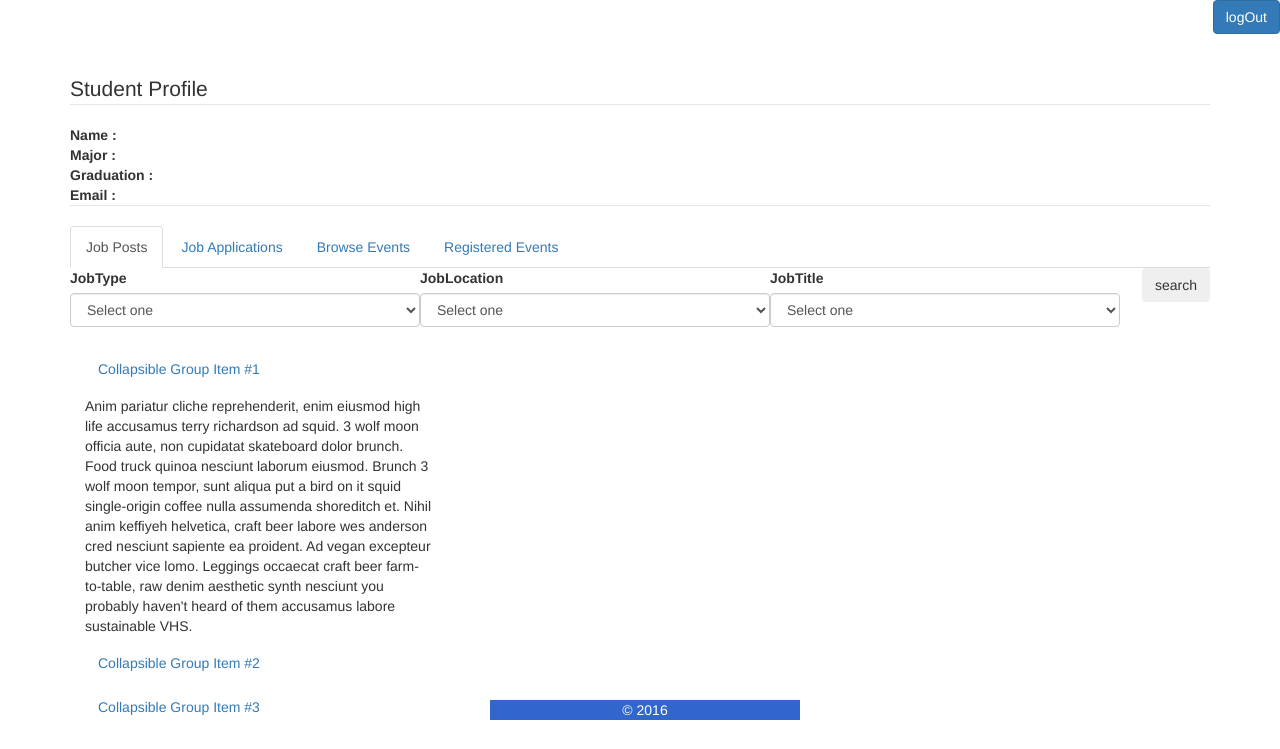
Repository: merlynfrank/AcademicProjects
Page: http://localhost/studenthome
An editor plug-in stored every save of this project. The page is shown before and after the next save, followed by the edit.
The browser window is 1280 px wide. The pictures show the whole page.
The page is this project's Thymeleaf template; nobody is signed in. The template is opened directly, without the code that normally fills it, so the values that code supplies are empty.

Above is the page before, as saved 2018-12-01 05:44:48.

### smith-is-internship/src/main/resources/templates/studenthome.html
<!DOCTYPE html>
<html xmlns:th="http://thymeleaf.org">
<head>
<link th:href="@{/css/bootstrap.min.css}" rel="stylesheet"
	type="text/css"></link>
<link th:href="@{/css/layout.css}" rel="stylesheet" type="text/css"></link>
<script type="text/javascript" th:src="@{/js/jquery-3.1.0.min.js}"></script>
<script type="text/javascript" th:src="@{/js/bootstrap.min.js}"></script>

<meta name="viewport" content="width=device-width, initial-scale=1">
  <link rel="stylesheet" href="https://maxcdn.bootstrapcdn.com/bootstrap/3.3.7/css/bootstrap.min.css">
  <script src="https://ajax.googleapis.com/ajax/libs/jquery/3.3.1/jquery.min.js"></script>
  <script src="https://maxcdn.bootstrapcdn.com/bootstrap/3.3.7/js/bootstrap.min.js"></script>
</head>
<style>
.footer {
	position: absolute;
	right: 37.5%;
	left: 50%;
	bottom: 0px;
	width: 100;
	background: #3366cc;
	color: white;
	text-align: center;
	margin-left: -150px
}

.grid-container {
	display: grid;
	grid-template-columns: 50% 50%;
}

.collapsible {
	backgroound-color: #eee;
	color: #444;
	cursor: pointer;
	padding: 18px;
	width: 100%;
	border: none;
	text-align: left;
	outline: none;
	font-size: 15px;
}

.active, .collapsible:hover {
	backgroound-color: #ccc;
}

.content {
	padding: 0 18px;
	display: none;
	overflow: hidden;
	background-color: #f1f1f1;
}
</style>
<body>
	<!-- LogOut button -->
	<form th:action="@{/login}" th:object="${loginForm}">
		<div align="right">
			<button id="logOut" name="logOut" class="btn btn-primary">logOut</button>
		</div>
	</form>
	<br />
	<br />
	<div class="container">

			<fieldset>

				<!-- Form Name -->
				<legend>Student Profile</legend>
				<table>
					<tr>
						<th>Name :</th>
						<td><span th:text="${fname}"> ${fname} </span><span
							th:text="${lname}">${lname}</span></td>
					</tr>
					<tr>
						<th>Major :</th>
						<td><span th:text="${major}"> ${major} </span></td>
					</tr>
					<tr>
						<th>Graduation :</th>
						<td><span th:text="${graduation}"> ${graduation} </span></td>
					</tr>
					<tr>
						<th>Email :</th>
						<td><span th:text="${email}"> ${email} </span></td>
					</tr>
				</table>

			</fieldset>


		<script type="text/javascript" th:src="@{/js/jquery-3.1.0.min.js}"></script>
		<script type="text/javascript" th:src="@{/js/bootstrap.min.js}"></script>
	</div>

	<!-- Table for Search jobs and Applied jobs -->
	<div class="container">
		<legend></legend>
	</div>

	<div id="exTab2" class="container">
		<ul class="nav nav-tabs">
			<li class="active"><a href="#1" data-toggle="tab">Job Posts</a>
			</li>
			<li><a href="#2" data-toggle="tab">Job Applications</a></li>
			<li><a href="#3" data-toggle="tab">Browse Events</a></li>
			<li><a href="#4" data-toggle="tab">Registered Events</a></li>
		</ul>

		<div class="tab-content ">
			<div class="tab-pane active" id="1">
				<form class="form-horizontal" th:action="@{/jobsearch}"
			th:object="${jobSearchForm}" method="post">
					<div class="form-group col-md-4">
						<label for="jobType">JobType</label> <select id="jobType"
							class="form-control">
							<option selected="selected">Select one</option>
							<option>Analyst</option>
						</select>
					</div>
					<div class="form-group col-md-4">
						<label for="jobType">JobLocation</label> <select id="joblocation"
							class="form-control">
							<option selected="selected">Select one</option>
							<option>Maryland</option>
							<option>DC</option>
						</select>
					</div>
					<div class="form-group col-md-4">
						<label for="jobType">JobTitle</label> <select id="jobTitle"
							class="form-control">
							<option selected="selected">Select one</option>
							<option>Data Analyst</option>
							<option>Business Analyst</option>
						</select>
					</div>
					<div align="right">
						<button id="search" name="search" class="btn">search</button>
					</div>
				</form>
				<div class="form-group col-md-4">

				<!-- <div th:each="job : ${jobs}">
    <span th:text="${job.jobTitle}"></span>
</div> -->

<div id="accordion">
  <div class="card">
    <div class="card-header" id="headingOne">
      <h5 class="mb-0">
        <button class="btn btn-link" data-toggle="collapse" data-target="#collapseOne" aria-expanded="true" aria-controls="collapseOne">
          Collapsible Group Item #1
        </button>
      </h5>
    </div>

    <div id="collapseOne" class="collapse show" aria-labelledby="headingOne" data-parent="#accordion">
      <div class="card-body">
        Anim pariatur cliche reprehenderit, enim eiusmod high life accusamus terry richardson ad squid. 3 wolf moon officia aute, non cupidatat skateboard dolor brunch. Food truck quinoa nesciunt laborum eiusmod. Brunch 3 wolf moon tempor, sunt aliqua put a bird on it squid single-origin coffee nulla assumenda shoreditch et. Nihil anim keffiyeh helvetica, craft beer labore wes anderson cred nesciunt sapiente ea proident. Ad vegan excepteur butcher vice lomo. Leggings occaecat craft beer farm-to-table, raw denim aesthetic synth nesciunt you probably haven't heard of them accusamus labore sustainable VHS.
      </div>
    </div>
  </div>
  <div class="card">
    <div class="card-header" id="headingTwo">
      <h5 class="mb-0">
        <button class="btn btn-link collapsed" data-toggle="collapse" data-target="#collapseTwo" aria-expanded="false" aria-controls="collapseTwo">
          Collapsible Group Item #2
        </button>
      </h5>
    </div>
    <div id="collapseTwo" class="collapse" aria-labelledby="headingTwo" data-parent="#accordion">
      <div class="card-body">
        Anim pariatur cliche reprehenderit, enim eiusmod high life accusamus terry richardson ad squid. 3 wolf moon officia aute, non cupidatat skateboard dolor brunch. Food truck quinoa nesciunt laborum eiusmod. Brunch 3 wolf moon tempor, sunt aliqua put a bird on it squid single-origin coffee nulla assumenda shoreditch et. Nihil anim keffiyeh helvetica, craft beer labore wes anderson cred nesciunt sapiente ea proident. Ad vegan excepteur butcher vice lomo. Leggings occaecat craft beer farm-to-table, raw denim aesthetic synth nesciunt you probably haven't heard of them accusamus labore sustainable VHS.
      </div>
    </div>
  </div>
  <div class="card">
    <div class="card-header" id="headingThree">
      <h5 class="mb-0">
        <button class="btn btn-link collapsed" data-toggle="collapse" data-target="#collapseThree" aria-expanded="false" aria-controls="collapseThree">
          Collapsible Group Item #3
        </button>
      </h5>
    </div>
    <div id="collapseThree" class="collapse" aria-labelledby="headingThree" data-parent="#accordion">
      <div class="card-body">
        Anim pariatur cliche reprehenderit, enim eiusmod high life accusamus terry richardson ad squid. 3 wolf moon officia aute, non cupidatat skateboard dolor brunch. Food truck quinoa nesciunt laborum eiusmod. Brunch 3 wolf moon tempor, sunt aliqua put a bird on it squid single-origin coffee nulla assumenda shoreditch et. Nihil anim keffiyeh helvetica, craft beer labore wes anderson cred nesciunt sapiente ea proident. Ad vegan excepteur butcher vice lomo. Leggings occaecat craft beer farm-to-table, raw denim aesthetic synth nesciunt you probably haven't heard of them accusamus labore sustainable VHS.
      </div>
    </div>
  </div>
</div>



				</div>

			</div>
			<div class="tab-pane" id="2">
				<h3>Notice the gap between the content and tab after applying a
					background color</h3>
			</div>
			<div class="tab-pane" id="3">
				<h3>add clearfix to tab-content (see the css)</h3>
			</div>
			<div class="tab-pane" id="4">
				<h3>add clearfix to tab-content (see the css)</h3>
			</div>
		</div>
	</div>


</body>
<div class="footer">&copy; 2016</div>

</html>

### smith-is-internship/src/main/resources/static/css/layout.css
.container {
    width: 600px;
    margin: auto;
}
.remember-me {
    text-align: center;
}
.btn-login {
    width: 100%;
}

Loaded but not shown: smith-is-internship/src/main/resources/static/css/bootstrap.min.css (library); smith-is-internship/src/main/resources/static/js/jquery-3.1.0.min.js (library); smith-is-internship/src/main/resources/static/js/bootstrap.min.js (library)

After the next save:
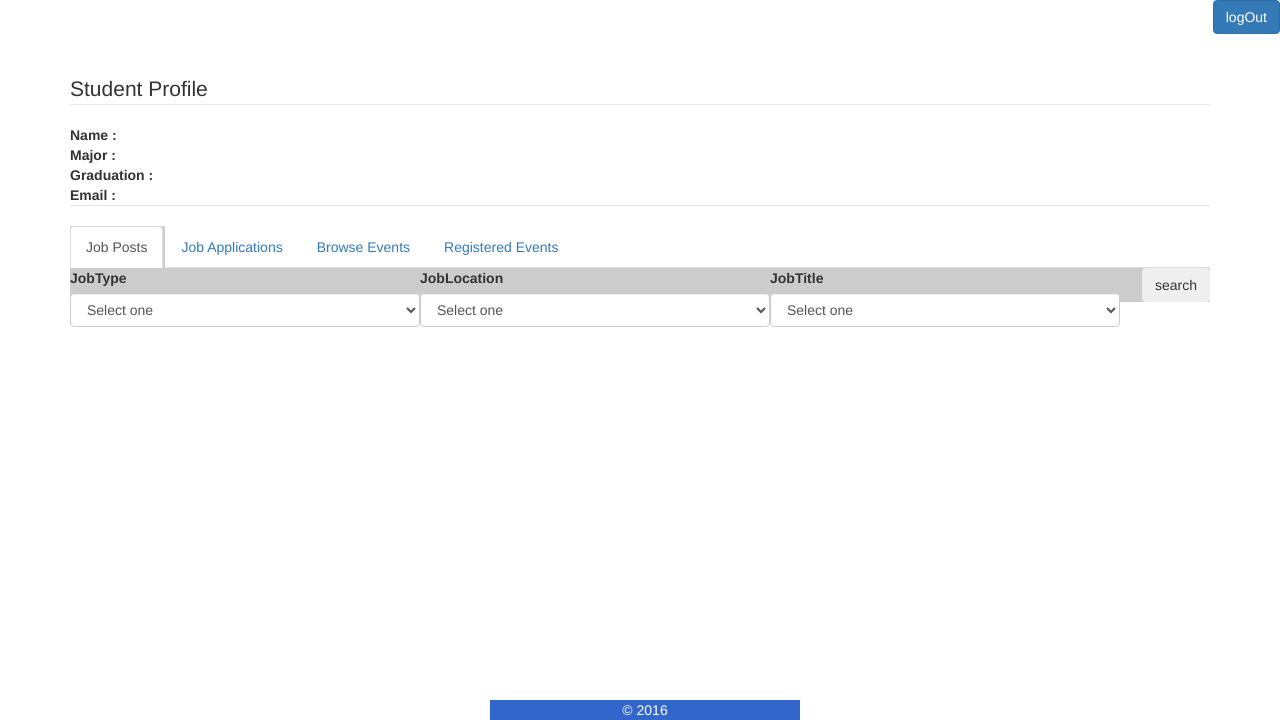
Saved 3 min 14 s later.
--- a/smith-is-internship/src/main/resources/templates/studenthome.html
+++ b/smith-is-internship/src/main/resources/templates/studenthome.html
@@ -25,33 +25,32 @@
 	margin-left: -150px
 }
 
-.grid-container {
-	display: grid;
-	grid-template-columns: 50% 50%;
+/* Style the buttons that are used to open and close the accordion panel */
+.accordion {
+    background-color: #eee;
+    color: #444;
+    cursor: pointer;
+    padding: 18px;
+    width: 100%;
+    text-align: left;
+    border: none;
+    outline: none;
+    transition: 0.4s;
 }
 
-.collapsible {
-	backgroound-color: #eee;
-	color: #444;
-	cursor: pointer;
-	padding: 18px;
-	width: 100%;
-	border: none;
-	text-align: left;
-	outline: none;
-	font-size: 15px;
+/* Add a background color to the button if it is clicked on (add the .active class with JS), and when you move the mouse over it (hover) */
+.active, .accordion:hover {
+    background-color: #ccc;
 }
 
-.active, .collapsible:hover {
-	backgroound-color: #ccc;
+/* Style the accordion panel. Note: hidden by default */
+.panel {
+    padding: 0 18px;
+    background-color: white;
+    display: none;
+    overflow: hidden;
 }
 
-.content {
-	padding: 0 18px;
-	display: none;
-	overflow: hidden;
-	background-color: #f1f1f1;
-}
 </style>
 <body>
 	<!-- LogOut button -->
@@ -146,52 +145,6 @@
     <span th:text="${job.jobTitle}"></span>
 </div> -->
 
-<div id="accordion">
-  <div class="card">
-    <div class="card-header" id="headingOne">
-      <h5 class="mb-0">
-        <button class="btn btn-link" data-toggle="collapse" data-target="#collapseOne" aria-expanded="true" aria-controls="collapseOne">
-          Collapsible Group Item #1
-        </button>
-      </h5>
-    </div>
-
-    <div id="collapseOne" class="collapse show" aria-labelledby="headingOne" data-parent="#accordion">
-      <div class="card-body">
-        Anim pariatur cliche reprehenderit, enim eiusmod high life accusamus terry richardson ad squid. 3 wolf moon officia aute, non cupidatat skateboard dolor brunch. Food truck quinoa nesciunt laborum eiusmod. Brunch 3 wolf moon tempor, sunt aliqua put a bird on it squid single-origin coffee nulla assumenda shoreditch et. Nihil anim keffiyeh helvetica, craft beer labore wes anderson cred nesciunt sapiente ea proident. Ad vegan excepteur butcher vice lomo. Leggings occaecat craft beer farm-to-table, raw denim aesthetic synth nesciunt you probably haven't heard of them accusamus labore sustainable VHS.
-      </div>
-    </div>
-  </div>
-  <div class="card">
-    <div class="card-header" id="headingTwo">
-      <h5 class="mb-0">
-        <button class="btn btn-link collapsed" data-toggle="collapse" data-target="#collapseTwo" aria-expanded="false" aria-controls="collapseTwo">
-          Collapsible Group Item #2
-        </button>
-      </h5>
-    </div>
-    <div id="collapseTwo" class="collapse" aria-labelledby="headingTwo" data-parent="#accordion">
-      <div class="card-body">
-        Anim pariatur cliche reprehenderit, enim eiusmod high life accusamus terry richardson ad squid. 3 wolf moon officia aute, non cupidatat skateboard dolor brunch. Food truck quinoa nesciunt laborum eiusmod. Brunch 3 wolf moon tempor, sunt aliqua put a bird on it squid single-origin coffee nulla assumenda shoreditch et. Nihil anim keffiyeh helvetica, craft beer labore wes anderson cred nesciunt sapiente ea proident. Ad vegan excepteur butcher vice lomo. Leggings occaecat craft beer farm-to-table, raw denim aesthetic synth nesciunt you probably haven't heard of them accusamus labore sustainable VHS.
-      </div>
-    </div>
-  </div>
-  <div class="card">
-    <div class="card-header" id="headingThree">
-      <h5 class="mb-0">
-        <button class="btn btn-link collapsed" data-toggle="collapse" data-target="#collapseThree" aria-expanded="false" aria-controls="collapseThree">
-          Collapsible Group Item #3
-        </button>
-      </h5>
-    </div>
-    <div id="collapseThree" class="collapse" aria-labelledby="headingThree" data-parent="#accordion">
-      <div class="card-body">
-        Anim pariatur cliche reprehenderit, enim eiusmod high life accusamus terry richardson ad squid. 3 wolf moon officia aute, non cupidatat skateboard dolor brunch. Food truck quinoa nesciunt laborum eiusmod. Brunch 3 wolf moon tempor, sunt aliqua put a bird on it squid single-origin coffee nulla assumenda shoreditch et. Nihil anim keffiyeh helvetica, craft beer labore wes anderson cred nesciunt sapiente ea proident. Ad vegan excepteur butcher vice lomo. Leggings occaecat craft beer farm-to-table, raw denim aesthetic synth nesciunt you probably haven't heard of them accusamus labore sustainable VHS.
-      </div>
-    </div>
-  </div>
-</div>
-
 
 
 				</div>
